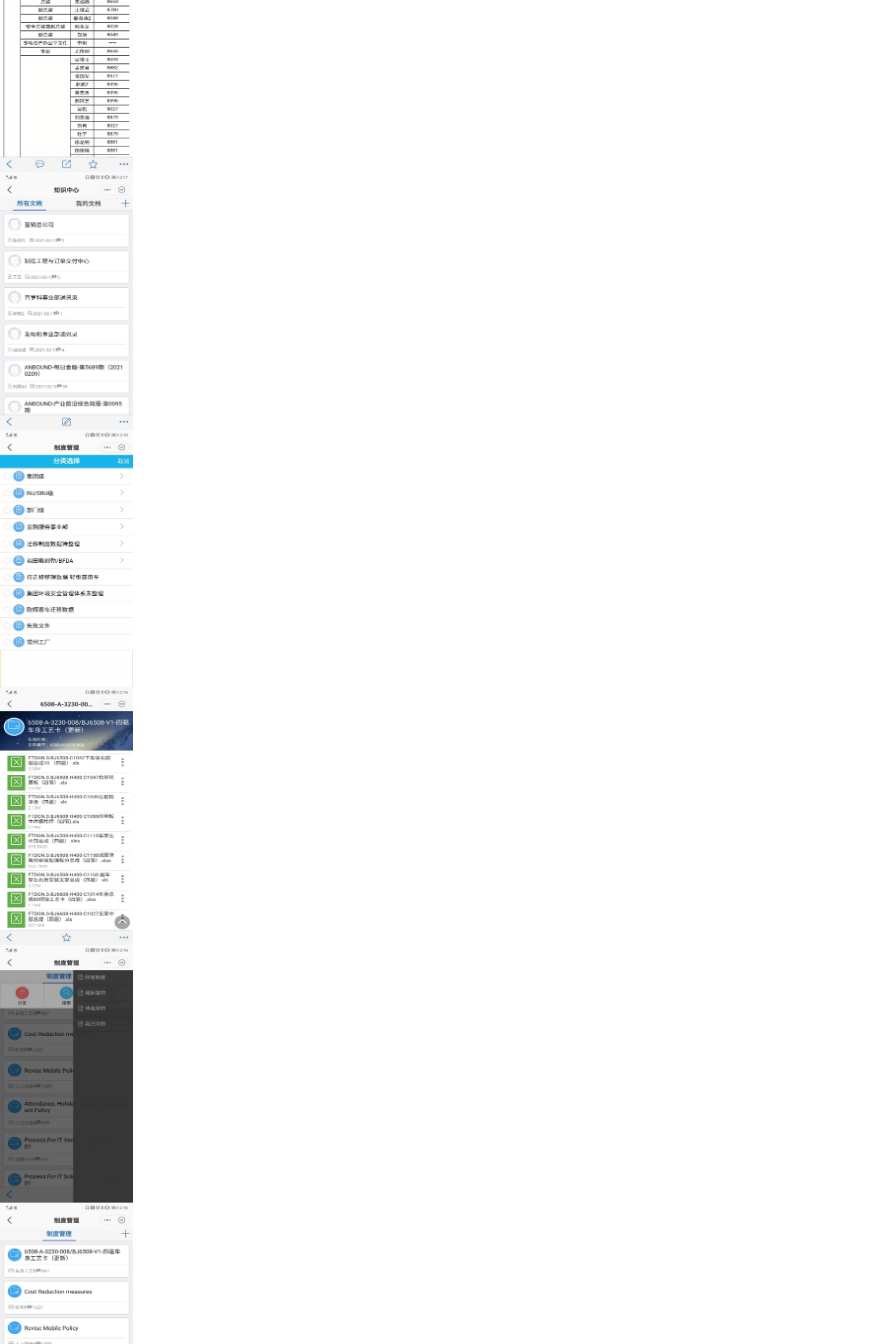
Repository: ch230/2021
Page: A.html
These files come from the project's save history. The page is drawn as it stood at one moment and after the next save; the edit follows.
The browser window is 1280 px wide. The pictures show the part of the page from y = 4266 to 6186 px (the page is 11508 px tall before and 11556 px after), at 70% of full size.

Above is the page before, as saved 2021-02-15 14:37:39.

After the next save:
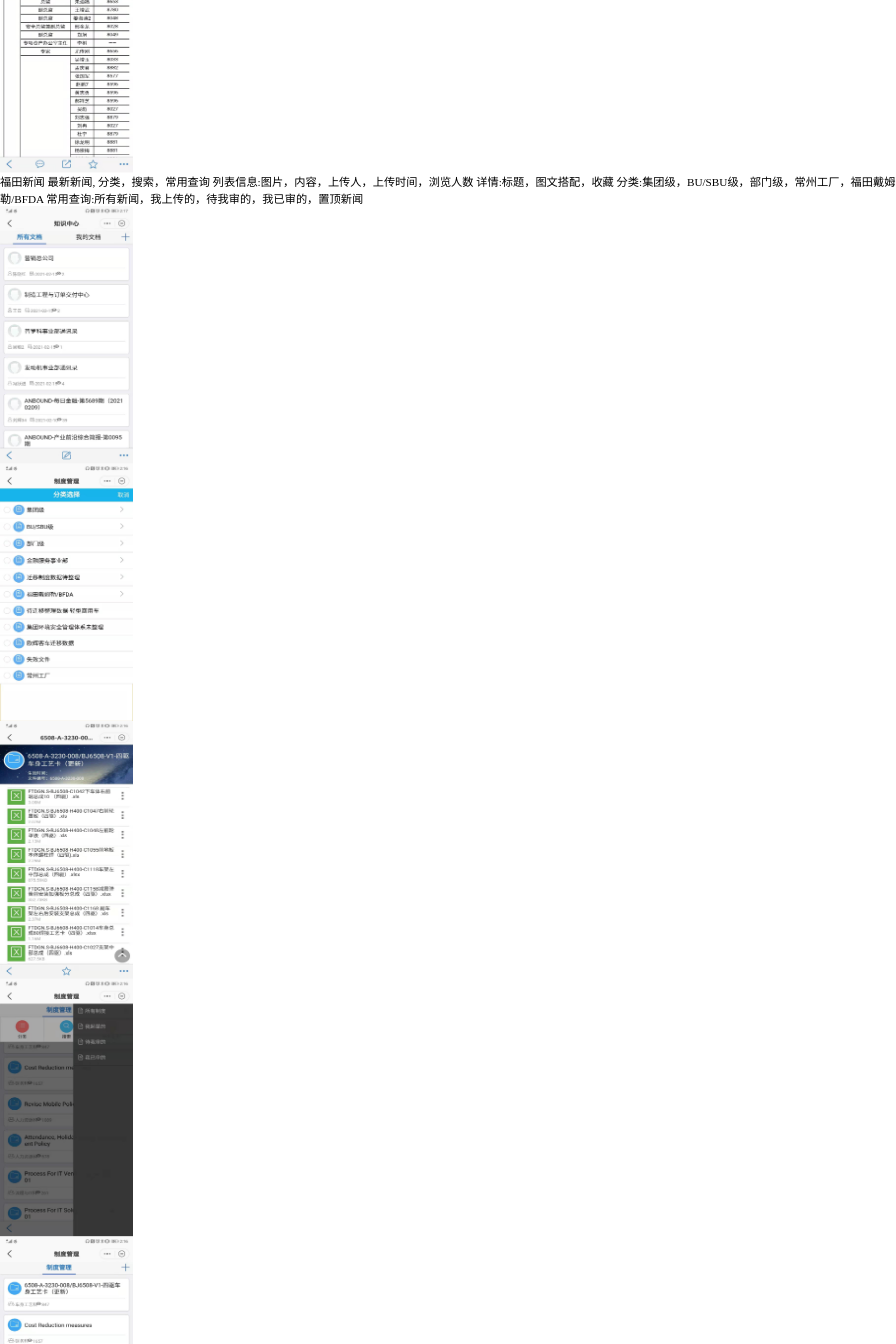
Saved 11 s later.
--- a/A.html
+++ b/A.html
@@ -94,12 +94,11 @@
       <!-- 福田新闻 -->
       <div id="items">
         <div>
-          <!-- 福田新闻 -->
-          <!-- 最新新闻, 分类，搜索，常用查询 -->
-          <!-- 列表信息:图片，内容，上传人，上传时间，浏览人数 -->
-          <!-- 详情:标题，图文搭配，收藏 -->
-          <!-- 分类:集团级，BU/SBU级，部门级，常州工厂，福田戴姆勒/BFDA -->
-          <!-- 常用查询:所有新闻，我上传的，待我审的，我已审的，置顶新闻  -->
+          福田新闻 最新新闻, 分类，搜索，常用查询
+          列表信息:图片，内容，上传人，上传时间，浏览人数
+          详情:标题，图文搭配，收藏
+          分类:集团级，BU/SBU级，部门级，常州工厂，福田戴姆勒/BFDA
+          常用查询:所有新闻，我上传的，待我审的，我已审的，置顶新闻
         </div>
         <ul>
           <li>
